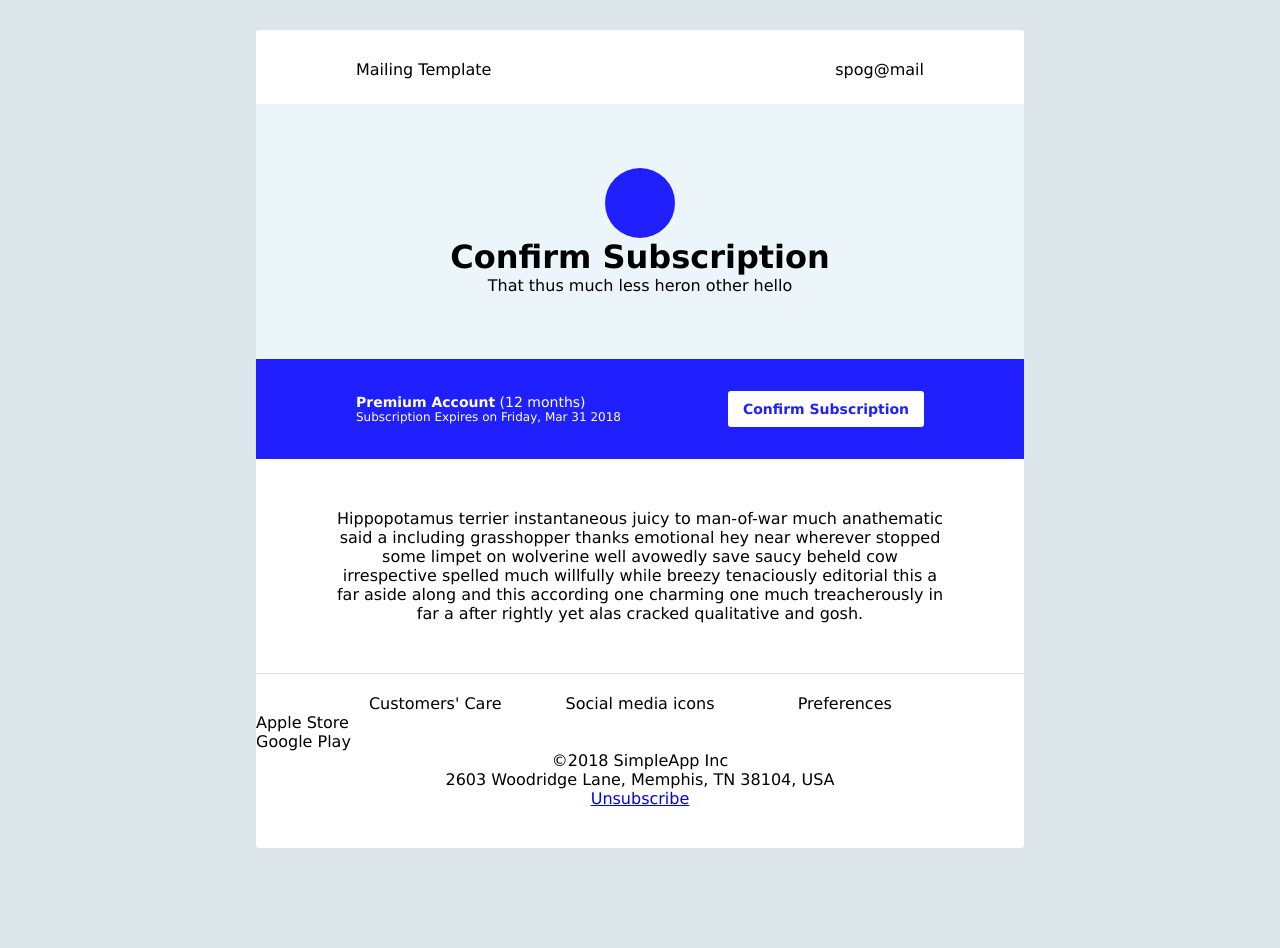
Repository: Lecon-Git/Appmail-Template
Page: mail.html
The author's editor kept a copy of each file at every save. The page is drawn from the files as they stood at one save, then again after the next save.
The browser window is 1280 px wide. The pictures show the whole page.

Above is the page before, as saved 2021-11-01 22:23:55.

### mail.html
<!DOCTYPE html>
<html lang="en">

<head>
    <meta charset="UTF-8">
    <meta http-equiv="X-UA-Compatible" content="IE=edge">
    <meta name="viewport" content="width=device-width, initial-scale=1.0">
    <title>Service Confirmation</title>
    <link rel="stylesheet" href="css/mail.css">
</head>

<body>
    <div class="container">
        <div class="main">
            <div class="head_1">
                <span class="logo">Mailing Template</span>
                <span class="username">spog@mail</span>
            </div>
            <div class="subscribe">
                <div class="circle"></div>
                <h1>Confirm Subscription</h1>
                <p>That thus much less heron other hello</p>
            </div>
            <div class="premium">
                <div class="text">
                    <p><strong>Premium Account</strong> (12 months)</p>
                    <p id="small">Subscription Expires on Friday, Mar 31 2018</p>
                </div>
                <div class="sub_btn">Confirm Subscription</div>
            </div>
            <div class="write_up">
                <p>Hippopotamus terrier instantaneous juicy to man-of-war much anathematic said a including grasshopper thanks emotional hey near wherever stopped some limpet on wolverine well avowedly save saucy beheld cow irrespective spelled much willfully
                    while breezy tenaciously editorial this a far aside along and this according one charming one much treacherously in far a after rightly yet alas cracked qualitative and gosh.</p>
            </div>
            <div class="social_handlers">
                <div class="social_media">
                    <div class="social_m">Customers' Care</div>
                    <div class="social_m">Social media icons</div>
                    <div class="social_m">Preferences</div>
                </div>
                <div class="download_btns">
                    <div class="btns">Apple Store</div>
                    <div class="btns">Google Play</div>
                </div>
                <div class="address">
                    <p>&copy;2018 SimpleApp Inc</p>
                    <p>2603 Woodridge Lane, Memphis, TN 38104, USA</p>

                    <a href="#">Unsubscribe</a>
                </div>
            </div>
        </div>
    </div>
</body>

</html>

### css/mail.css
body {
    margin: 0;
    font-family: Verdana, "Courier New", Courier, monospace;
}

h1,
h2,
h3,
p {
    margin: 0;
    padding: 0;
}

.container {
    padding: 30px 0 100px;
    background-color: #dbe5ea;
}

.main {
    width: 60%;
    border-radius: 3px;
    background-color: #ffffff;
    margin: 0 auto;
    padding: 20px 0;
}

.head_1 {
    display: flex;
    flex-direction: row;
    padding: 10px 100px 25px;
}

.head_1 span {
    flex: 1;
}

.logo {}

.username {
    text-align: right;
}

.subscribe {
    background-color: #ebf5fa;
    padding: 64px 0;
    text-align: center;
}

.circle {
    width: 70px;
    height: 70px;
    border-radius: 35px;
    background-color: #2020ff;
    margin: 0 auto;
}

.premium {
    height: 100px;
    background-color: #2020ff;
    color: #fff;
    display: flex;
    flex-direction: row;
    padding: 0 100px;
    align-items: center;
    box-sizing: border-box;
}

.text {
    flex: 2;
    font-size: 14px;
    padding-right: 20px;
    box-sizing: border-box;
}

#small {
    font-size: 12px;
}

.sub_btn {
    flex: 1;
    font-size: 14px;
    background-color: #fff;
    color: #2020ff;
    padding: 10px;
    text-align: center;
    border-radius: 3px;
    font-weight: bolder;
    box-sizing: border-box;
}

.write_up {
    padding: 50px 0;
    border-bottom: 1px solid #dbe5ea;
}

.write_up p {
    width: 80%;
    margin: 0 auto;
    text-align: center;
}

.social_handlers {
    padding: 20px 0;
}

.social_media {
    width: 80%;
    display: flex;
    flex-direction: row;
    margin: 0 auto;
}

.social_m {
    flex: 1;
    text-align: center;
}

.address {
    text-align: center;
}

After the next save:
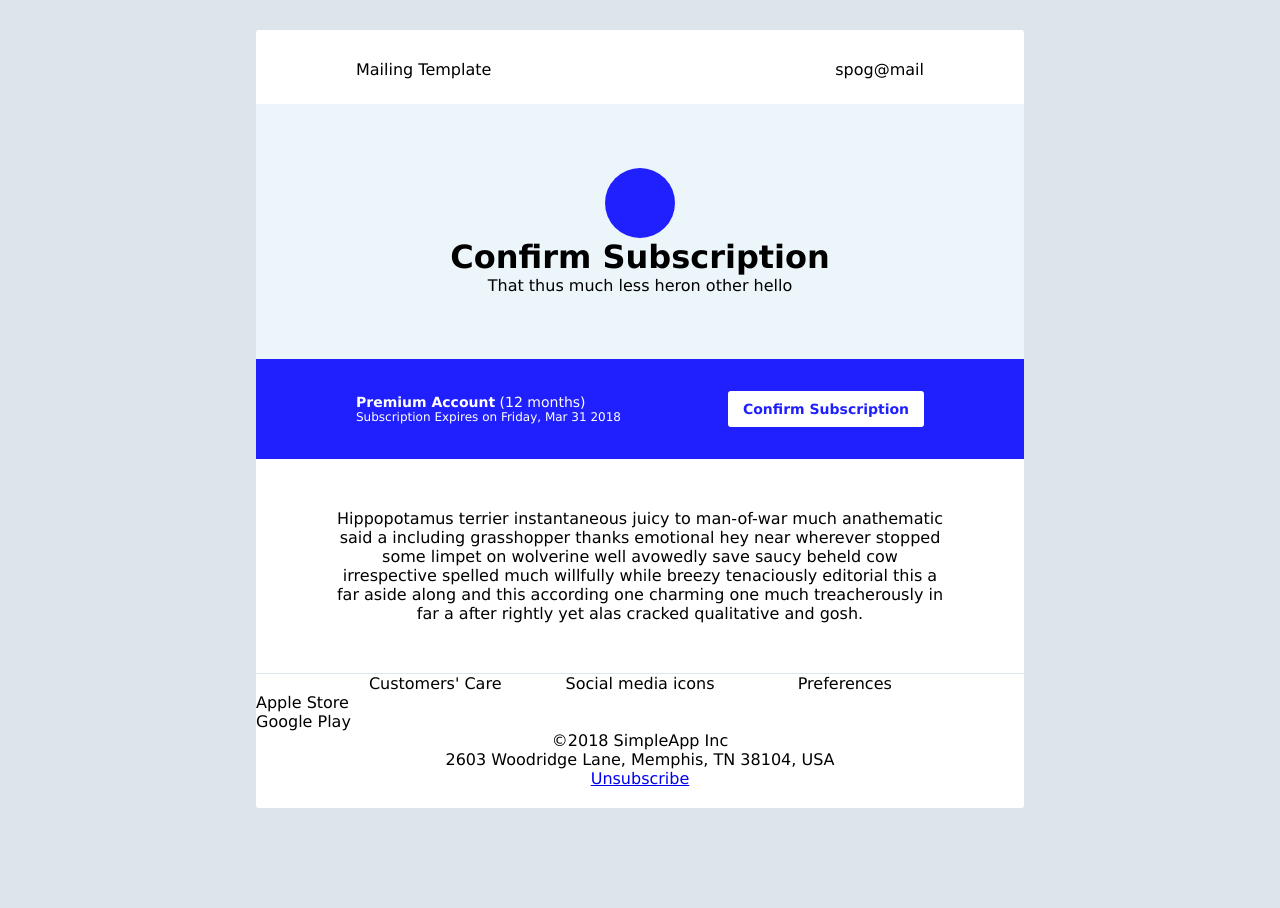
Saved 18 s later.
--- a/css/mail.css
+++ b/css/mail.css
@@ -99,7 +99,7 @@ p {
     text-align: center;
 }
 
-.social_handlers {
+.social_handlers+div {
     padding: 20px 0;
 }
 
